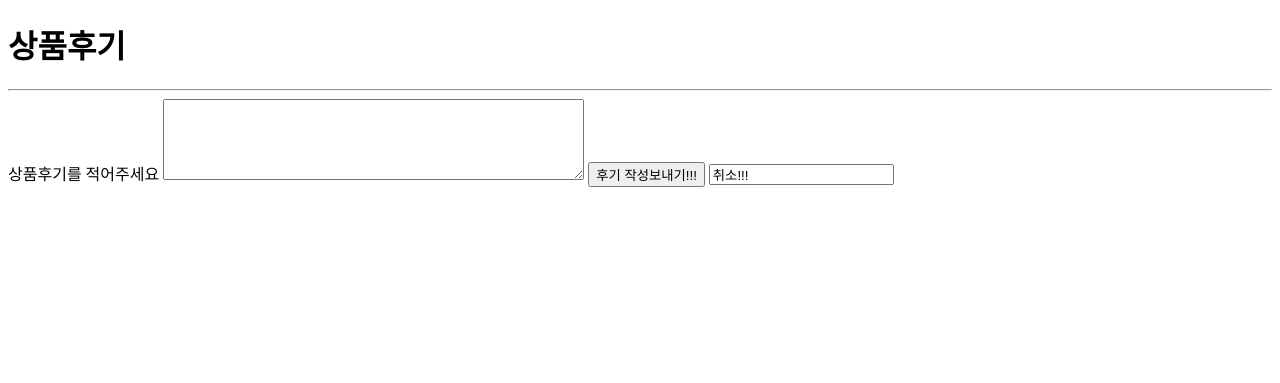
Repository: codingidot/test111
Page: http://localhost/JSP3/NewFile18.jsp
The author's editor kept a copy of each file at every save. The page is drawn from the files as they stood at one save, then again after the next save.
The browser window is 1280 px wide. The pictures show the whole page.
The page is served by Tomcat 9.

Above is the page before, as saved 2022-05-27 05:16:49.

### JSP3/src/main/webapp/NewFile18.jsp
<%@ page language="java" contentType="text/html; charset=UTF-8"
    pageEncoding="UTF-8"%>
     <%@ taglib uri="http://java.sun.com/jsp/jstl/core" prefix="c" %>
<!DOCTYPE html>
<html>
<head>
<meta charset="UTF-8">
<title>Insert title here</title>
</head>
<body>
<h1>상품후기</h1>
<hr>
<form name="f1" action="NewFile18.jsp" method="post">
<tr><td>상품후기를 적어주세요</td></tr>
<tr>
	<td>
	<textarea cols="50" rows="5" name="textarea1" id="idtextarea"></textarea>
	</td>
</tr>
<tr><td>
	<input type="submit" value="후기 작성보내기!!!">
	<input type="resest" value="취소!!!">


</form>
</body>
</html>

After the next save:
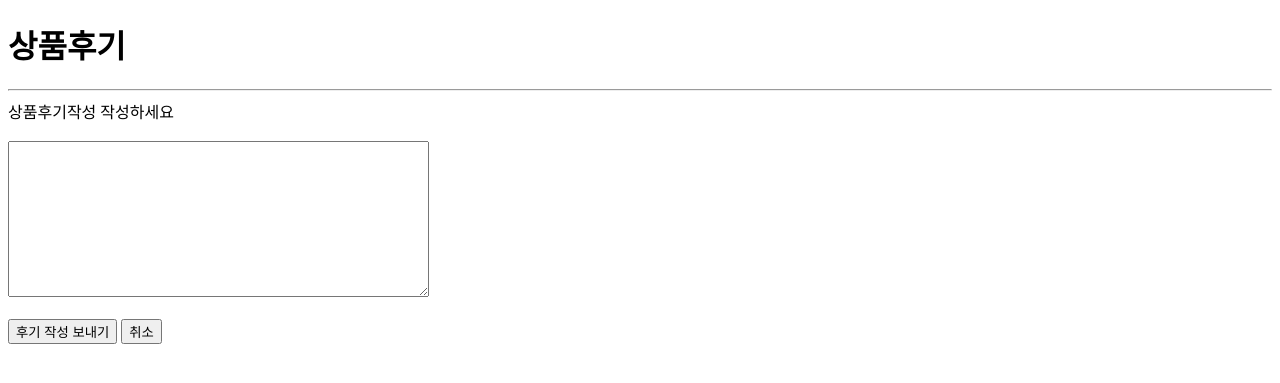
Saved 19 s later.
--- a/JSP3/src/main/webapp/NewFile18.jsp
+++ b/JSP3/src/main/webapp/NewFile18.jsp
@@ -1,6 +1,5 @@
 <%@ page language="java" contentType="text/html; charset=UTF-8"
     pageEncoding="UTF-8"%>
-     <%@ taglib uri="http://java.sun.com/jsp/jstl/core" prefix="c" %>
 <!DOCTYPE html>
 <html>
 <head>
@@ -8,20 +7,17 @@
 <title>Insert title here</title>
 </head>
 <body>
+
+
 <h1>상품후기</h1>
 <hr>
-<form name="f1" action="NewFile18.jsp" method="post">
-<tr><td>상품후기를 적어주세요</td></tr>
-<tr>
-	<td>
-	<textarea cols="50" rows="5" name="textarea1" id="idtextarea"></textarea>
-	</td>
-</tr>
-<tr><td>
-	<input type="submit" value="후기 작성보내기!!!">
-	<input type="resest" value="취소!!!">
+<form name="f1" action="jstl09.jsp" method="post">
+상품후기작성 작성하세요<br><br>
+<textarea rows="10" cols="50" name="tarea" id="tarea"></textarea><br><br>
+<input type="submit" value="후기 작성 보내기">
+<input type="reset" value="취소">
+</form>
 
 
-</form>
 </body>
 </html>
